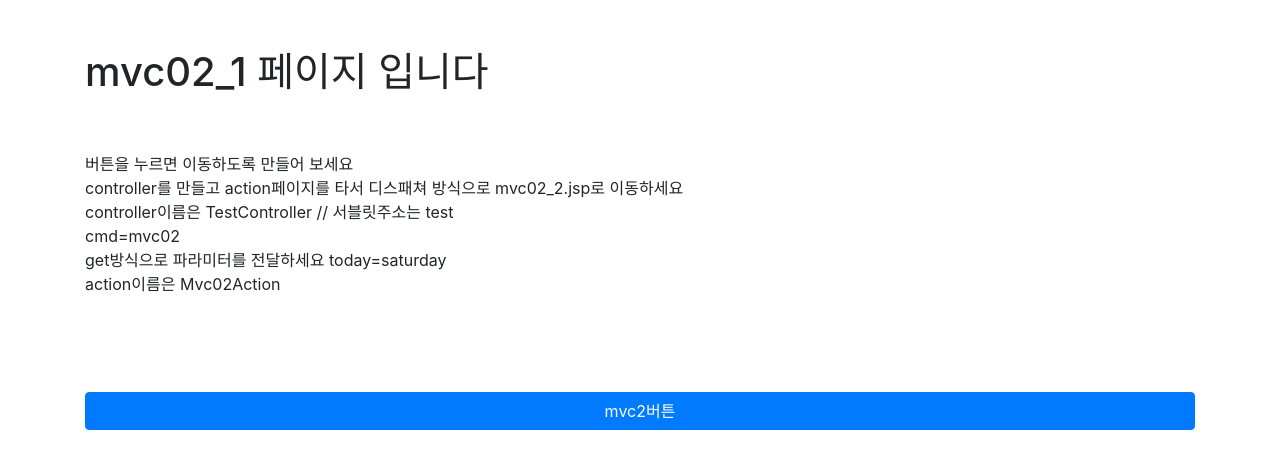
Repository: jaybon1/clone1
Page: http://localhost/sat0613/mvc05_1.jsp
The author's editor kept a copy of each file at every save. The page is drawn from the files as they stood at one save, then again after the next save.
The browser window is 1280 px wide. The pictures show the whole page.
The page is served by Tomcat 9.

Above is the page before, as saved 2020-06-10 16:20:10.

### sat0613/WebContent/mvc05_1.jsp
<%@ page language="java" contentType="text/html; charset=UTF-8" pageEncoding="UTF-8"%>
<!DOCTYPE html>
<html>
<head>
<meta charset="UTF-8">
<link rel="stylesheet" href="https://maxcdn.bootstrapcdn.com/bootstrap/4.5.0/css/bootstrap.min.css">
<script src="https://ajax.googleapis.com/ajax/libs/jquery/3.5.1/jquery.min.js"></script>
<script src="https://cdnjs.cloudflare.com/ajax/libs/popper.js/1.16.0/umd/popper.min.js"></script>
<script src="https://maxcdn.bootstrapcdn.com/bootstrap/4.5.0/js/bootstrap.min.js"></script>
<title>Insert title here</title>
</head>
<body>
	<div class="container">
		<br/>
		<br/>
		<h1>mvc02_1 페이지 입니다</h1>
		<br/>
		<br/>
		<div> 버튼을 누르면 이동하도록 만들어 보세요</div>
		<div> controller를 만들고 action페이지를 타서 디스패쳐 방식으로 mvc02_2.jsp로 이동하세요</div>
		<div> controller이름은 TestController // 서블릿주소는 test</div>
		<div> cmd=mvc02</div>
		<div> get방식으로 파라미터를 전달하세요 today=saturday</div>
		<div> action이름은 Mvc02Action</div>
		<br/>
		<br/>
		<br/>
		<br/>


		<form action="">
			<button type="button" class="btn btn-primary btn-block">mvc2버튼</button>
		</form>


	</div>
</body>
</html>

After the next save:
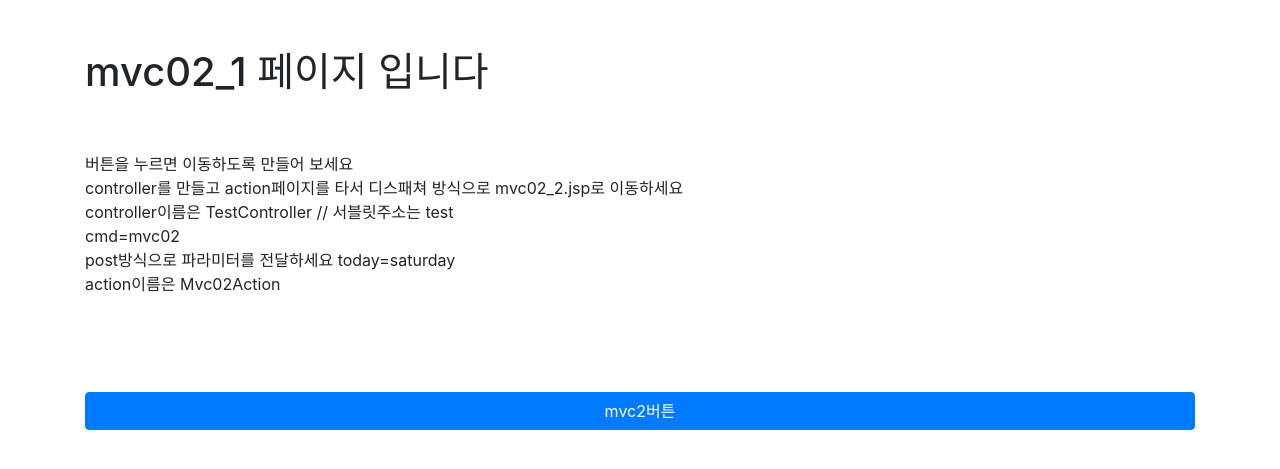
Saved 38 s later.
--- a/sat0613/WebContent/mvc05_1.jsp
+++ b/sat0613/WebContent/mvc05_1.jsp
@@ -20,7 +20,7 @@
 		<div> controller를 만들고 action페이지를 타서 디스패쳐 방식으로 mvc02_2.jsp로 이동하세요</div>
 		<div> controller이름은 TestController // 서블릿주소는 test</div>
 		<div> cmd=mvc02</div>
-		<div> get방식으로 파라미터를 전달하세요 today=saturday</div>
+		<div> post방식으로 파라미터를 전달하세요 today=saturday</div>
 		<div> action이름은 Mvc02Action</div>
 		<br/>
 		<br/>
